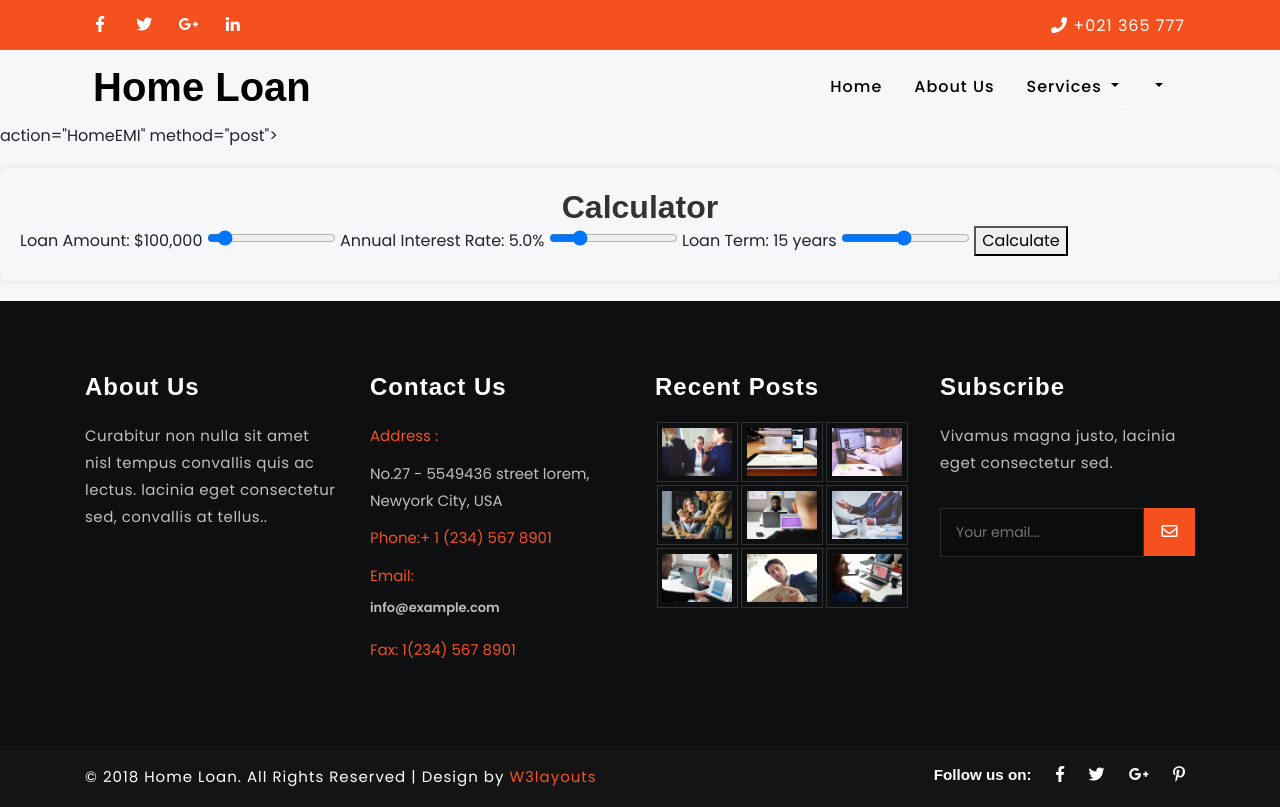
Repository: 72-faisal/Spring-MVC-project
Page: http://localhost/HomeLoan/WEB-INF/views/homeLoanEMI.jsp
These files come from the project's save history. The page is drawn as it stood at one moment and after the next save; the edit follows.
The browser window is 1280 px wide. The pictures show the whole page.
Some web fonts or font styles are not loaded; a fallback is used. The page is served by Tomcat 9. Nobody is signed in. The template is opened directly, without the code that normally fills it, so the values that code supplies are empty.

Above is the page before, as saved 2024-01-13 11:56:34.

After the next save:
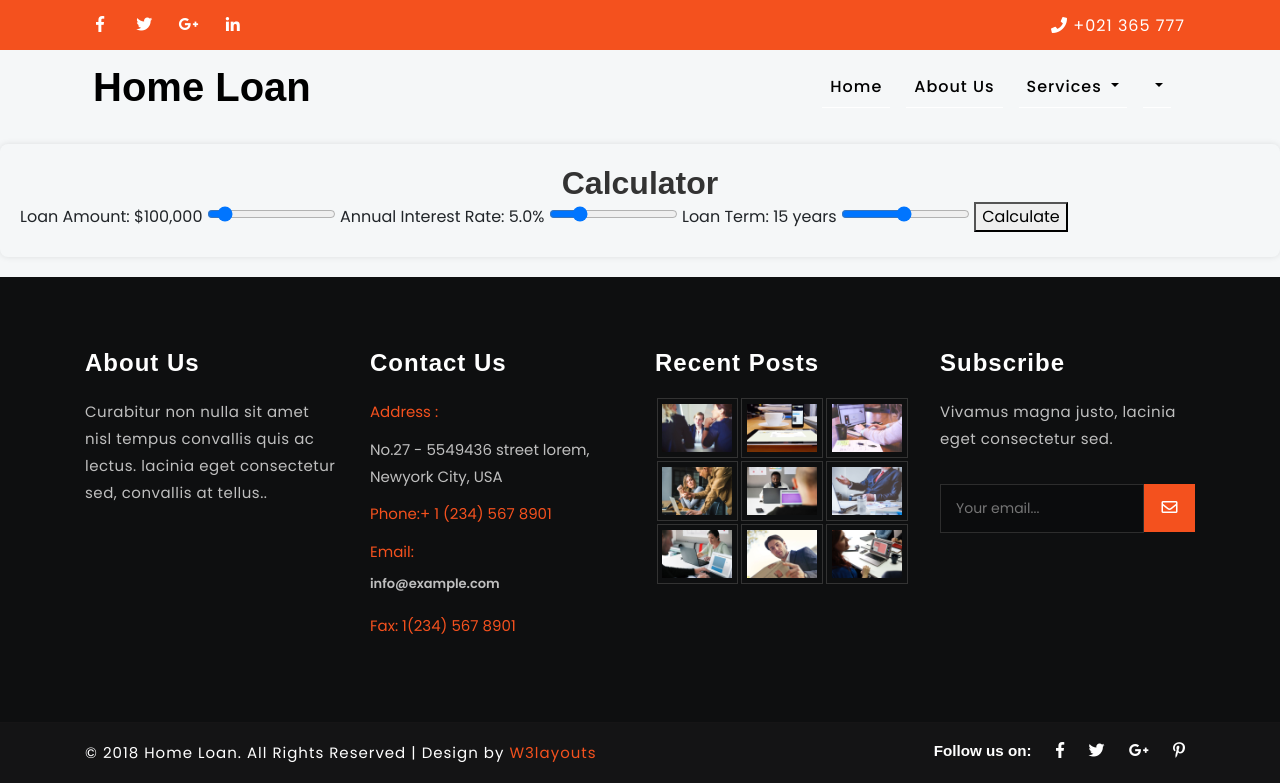
Saved 8 s later.
--- a/HomeLoan/src/main/webapp/WEB-INF/views/homeLoanEMI.jsp
+++ b/HomeLoan/src/main/webapp/WEB-INF/views/homeLoanEMI.jsp
@@ -204,7 +204,7 @@ SmartPhone Compatible web template, free WebDesigns for Nokia, Samsung, LG, Sony
 	<!-- //header -->
 
 	<!-- Apply Online Section -->
-	<form id="loanForm"> action="HomeEMI" method="post">
+	<form id="loanForm" action="HomeEMI" method="post">
 		<div
 			class="apply-online resp-tab-content hor_1 resp-tab-content-active"
 			aria-labelledby="hor_1_tab_item-2" style="display: block">
